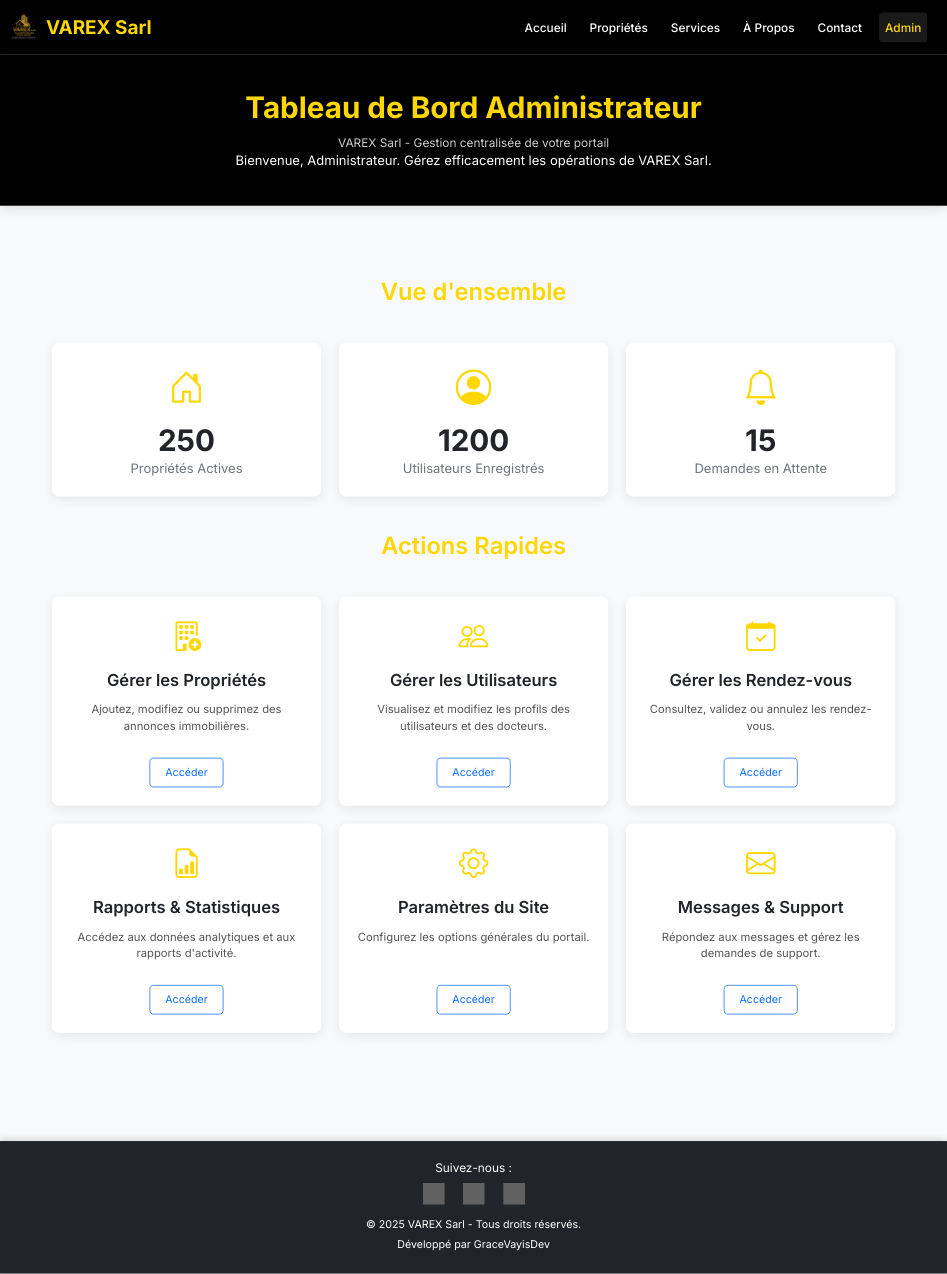
Repository: gradi243/catine
Page: admin.html
These files come from the project's save history. The page is drawn as it stood at one moment and after the next save; the edit follows.
The browser window is 1280 px wide. The pictures show the whole page, at 74% of full size.
Pictures or frames that could not be fetched are drawn as grey boxes.

Above is the page before, as saved 2025-07-01 06:08:16.

After the next save:
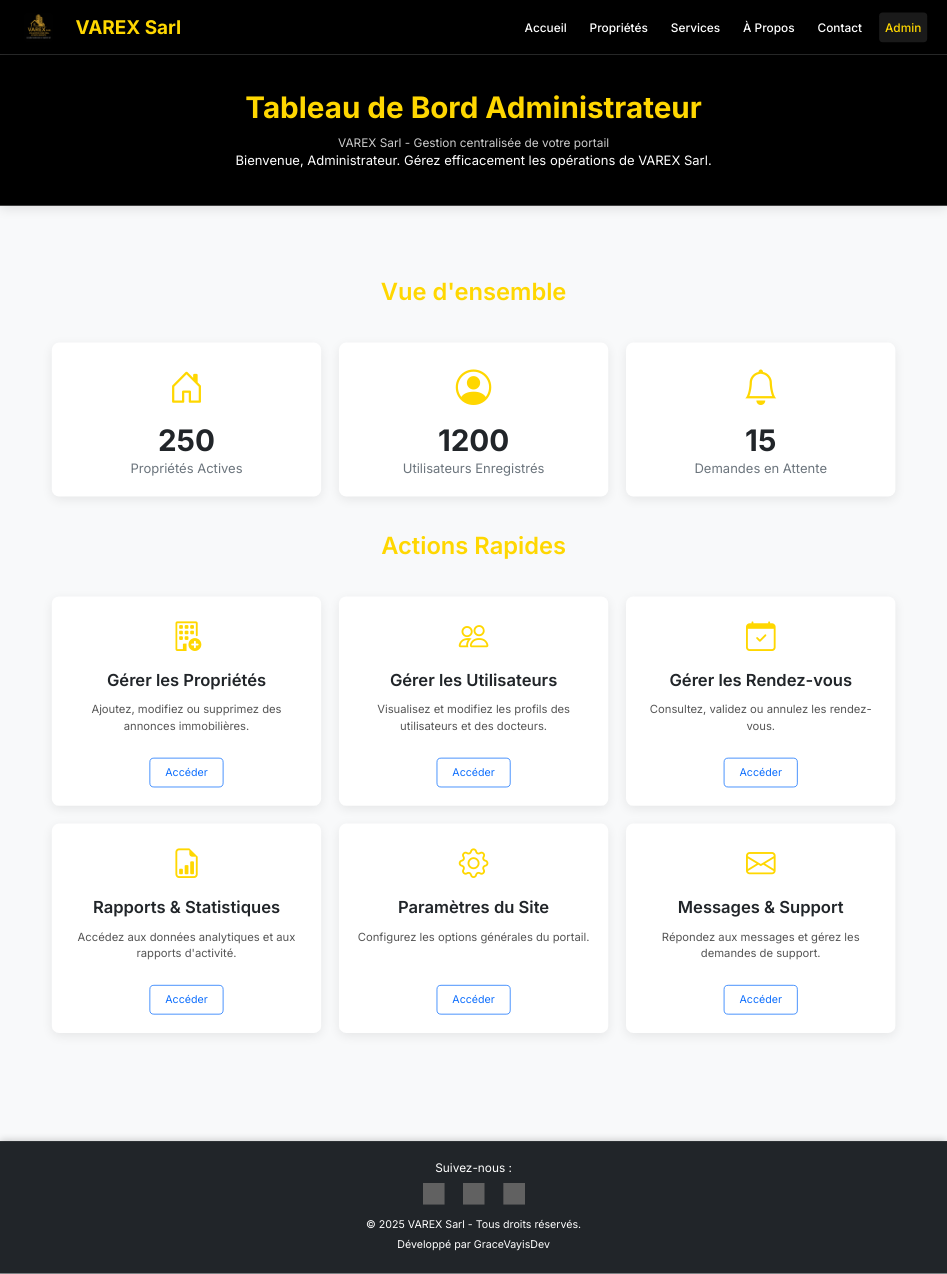
Saved 8 s later.
--- a/admin.html
+++ b/admin.html
@@ -45,7 +45,7 @@
             align-items: center;
         }
         .navbar-brand #companyLogo {
-            width: 40px;
+            width: 80px;
             height: 40px;
             margin-right: 10px;
             display: flex;
